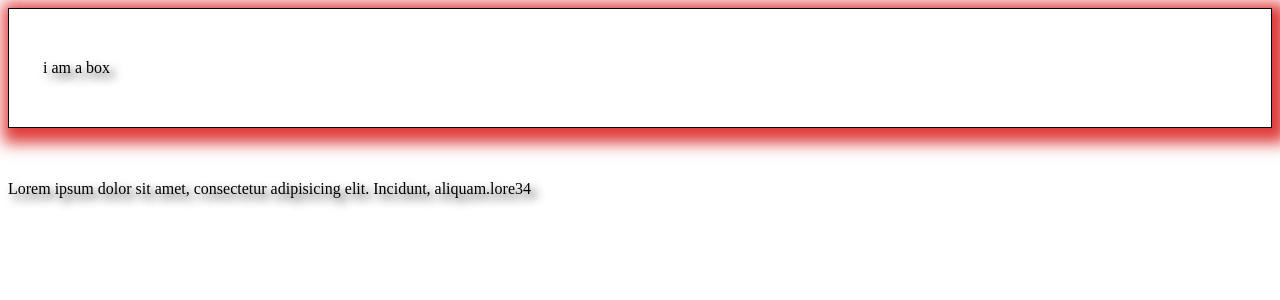
Repository: diensy/Web_dev
Page: Css/Shadows/shadow.html
These files come from the project's save history. The page is drawn as it stood at one moment and after a run of saves; the edit follows.
The browser window is 1280 px wide. The pictures show the whole page.

Above is the page before, as saved 2024-05-25 20:26:47.

### Css/Shadows/shadow.html
<!DOCTYPE html>
<html lang="en">
  <head>
    <meta charset="UTF-8" />
    <meta name="viewport" content="width=device-width, initial-scale=1.0" />
    <title>shadow</title>
    <link rel="stylesheet" href="shadow.css" />
  </head>
  <body>
    <div class="box">
      <p>i am a box</p>
    </div>
    <br>
    <br>
    <p>
      Lorem ipsum dolor sit amet, consectetur adipisicing elit. Incidunt,
      aliquam.lore34
    </p>
  </body>
</html>

### Css/Shadows/shadow.css
.box{
    border: 1px solid black;
    padding: 34px;
    box-shadow: 5px 5px 15px 10px rgba(214, 1, 1, 0.772) ;
}
p{
    text-shadow: 5px 5px 10px #312a2a;
}

After the next 4 saves:
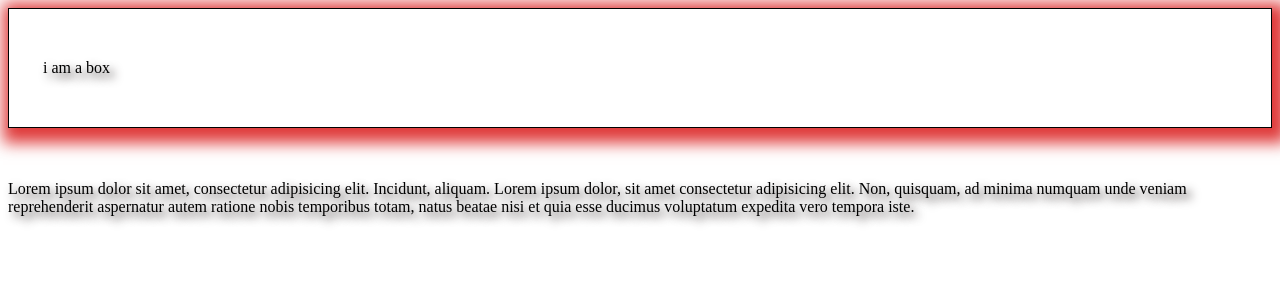
The 4 saves are shown as one change because they came seconds apart.
The last was saved 10 s later.
--- a/Css/Shadows/shadow.html
+++ b/Css/Shadows/shadow.html
@@ -10,11 +10,14 @@
     <div class="box">
       <p>i am a box</p>
     </div>
-    <br>
-    <br>
+    <br />
+    <br />
     <p>
       Lorem ipsum dolor sit amet, consectetur adipisicing elit. Incidunt,
-      aliquam.lore34
+      aliquam. Lorem ipsum dolor, sit amet consectetur adipisicing elit. Non,
+      quisquam, ad minima numquam unde veniam reprehenderit aspernatur autem
+      ratione nobis temporibus totam, natus beatae nisi et quia esse ducimus
+      voluptatum expedita vero tempora iste.
     </p>
   </body>
 </html>
